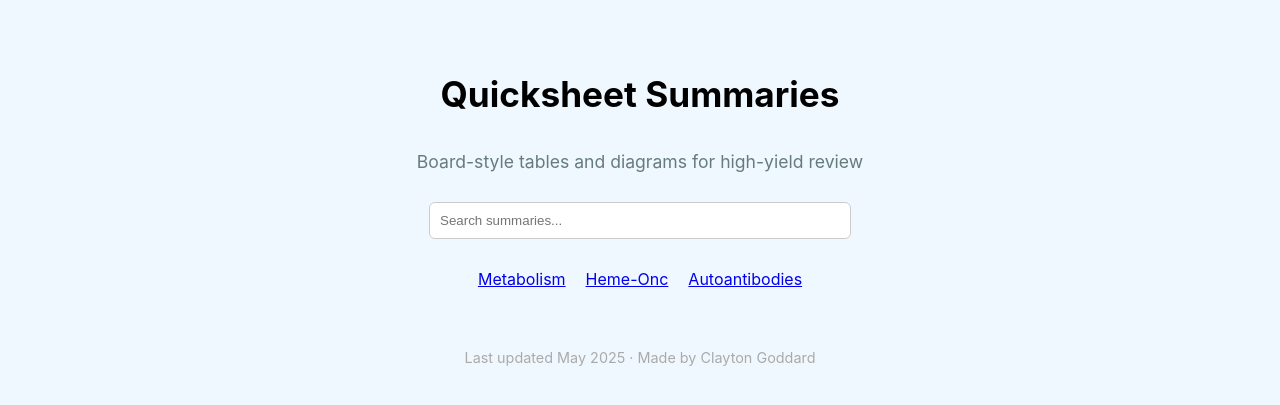
Repository: sharperdragon/STEVEL-1-Summaries
Page: index.html
The author's editor kept a copy of each file at every save. The page is drawn from the files as they stood at one save, then again after a run of saves.
The browser window is 1280 px wide. The pictures show the whole page.

Above is the page before, as saved 2025-05-19 13:19:31.

### index.html
<!DOCTYPE html>
<html lang="en">
<head>
    <meta charset="UTF-8">
    <meta name="viewport" content="width=device-width, initial-scale=1.0">
    <title>Quicksheet Summaries</title>
    <link rel="stylesheet" href="/STEVEL-1-Summaries/static/style.css">
    <link rel="icon" href="/STEVEL-1-Summaries/subdex/metabolism.html">
</head>
<body>

<header style="text-align: center; margin-top: 40px;">
  <h1 style="font-size: 2.2em; color: var(--text-h1);">Quicksheet Summaries</h1>
  <p style="color: #657c7b; font-size: 1.1em;">Board-style tables and diagrams for high-yield review</p>
</header>
<div style="text-align: center; margin-top: 30px;">
  <input type="text" id="searchInput" placeholder="Search summaries..." onkeyup="filterCards()" style="padding: 10px; width: 60%; max-width: 400px; border: 1px solid #ccc; border-radius: 6px;">
</div>
<section style="display: flex; flex-wrap: wrap; justify-content: center; margin-top: 30px; gap: 20px;">
  <a href="subdex/metabolism.html" class="summary-card">Metabolism</a>
  <a href="subdex/hemeonc.html" class="summary-card">Heme-Onc</a>
  <a href="subdex/autoantibodies.html" class="summary-card">Autoantibodies</a>
</section>


</body>

<footer style="text-align: center; margin-top: 60px; font-size: 0.9em; color: #aaa;">
  Last updated May 2025 · Made by Clayton Goddard
</footer>

### static/style.css
:root {
  --header-bg: #d0e5f5;
  --subheader-bg: #f7f9fa;
  --border-color: #ccd9e0;
  --strong-divider: #6c8ca3;
  --row-alt-bg: #fbfcfd;
  --text-color: #2a2a2a;
  --font: "Helvetica Neue", Helvetica, Arial, sans-serif;
  --base-font-size: 15px;
  --header-font-size: 18px;
}
body {max-width: 100vw;}

.autoantibody-table {
  max-width: 94vw;
  border-collapse: collapse;
  font-family: var(--font);
  color: var(--text-color);
  font-size: var(--base-font-size);
  border: 1px solid var(--border-color);
  border-radius: 10px;
  overflow: hidden;
  margin: 1vh 3vw 1vh 3vw;
  box-shadow: 0 2px 4px rgba(0, 0, 0, 0.04);
}

.autoantibody-table th,
.autoantibody-table td {
  padding: 10px 14px;
  border: 1px solid var(--border-color);
  vertical-align: top;
  text-align: left;
}

/* Header styling */
.autoantibody-table thead th {
  background-color: var(--header-bg);
  font-size: var(--header-font-size);
  font-weight: 600;
  text-align: center;
}

/* Alternate row background */
.autoantibody-table tbody tr:nth-child(even) {
  background-color: var(--row-alt-bg);
}

/* Strong divider between antibody (col 2) and condition (col 3) */
.autoantibody-table td:nth-child(2) {
  border-right: 3px solid var(--strong-divider);
}

/* Condition columns emphasis */
.autoantibody-table td:nth-child(1),
.autoantibody-table td:nth-child(3) {
  font-weight: 500;
  width: 20%;
}

/* Antibody columns can expand more */
.autoantibody-table td:nth-child(2),
.autoantibody-table td:nth-child(4) {
  width: 30%;
}

/* Bullet list formatting */
.autoantibody-table ul {
  margin: 0;
  padding-left: 18px;
}

.autoantibody-table li {
  margin: 2px 0;
}

/* Responsive font scaling — enlarged */
@media (max-width: 1024px) {
  :root {
    --base-font-size: 15px;
    --header-font-size: 17px;
  }
}

@media (max-width: 768px) {
  :root {
    --base-font-size: 14px;
    --header-font-size: 16px;
  }
}

@media (max-width: 480px) {
  :root {
    --base-font-size: 13px;
    --header-font-size: 15px;
  }
}
body {
    font-family: "Rubik", -apple-system, system-ui, BlinkMacSystemFont, Segoe UI, Roboto, Helvetica, Arial, sans-serif;
    margin: 20px;
    padding: 1px;
    max-width: -webkit-fill-available;
    background-color: aliceblue;
}

.container {
    max-width: 98vw;
    margin: 3% auto;
    padding: 2%;
    background: #ffffff;
    border-radius: 8px;
    box-shadow: 0 4px 6px rgba(0, 0, 0, 0.1);
    display: flex;
    flex-direction: column; /* Stacks items vertically */
    align-items: unset; /* Centers items horizontally */
    gap: 3px; /* Adds consistent spacing */
}

h1 {
    text-align: center;
    color: #333333;
    padding: 1%;
}

label {
    font-weight: bold;
    margin: 0;
    display: block;
    padding: 1px;
}

textarea {
    width: 95%;
    margin-bottom: 10px;
    min-height:150px;
    padding: 10px;
    border: 1px solid #ddd;
    border-radius: 8px;
    padding: 1%;
    max-width: -webkit-fill-available;
}

/* Fix all divs to maintain consistent height */
div {
    position: relative; /* Prevents hover effects from changing layout */

}

/* Button Styles */
button {
    background-color: #007bff;
    display: inline-flex;
    gap: 10px;
    color: white;
    border: none;
    padding: 10px 15px;
    border-radius: 15px;
    cursor: pointer;
    font-size: 105%;
    box-shadow: 0 5px 10px rgba(0, 0, 0, 0.2);
    transition: transform 0.2s ease, box-shadow 0.2s ease;
    position: relative; /* Lock button in place */
    box-sizing: border-box; /* Ensure padding and border don't affect size */
    z-index: 1; /* Ensure hover effects stay above other elements */
    margin: 10px;
}

/* Hover effect without shifting elements */
button:hover {
    background-color: #0c66c6;
    color: offwhite;
    box-shadow: 0 8px 12px rgba(0, 0, 0, 0.3);
    transform: translateY(2px); /* Hover effect without affecting layout */
}

div#selection_buttons {
    display: flex;
    justify-content: space-between;
    align-items: center;
    width: 95%;
    margin: 0 0 1px 0;
    margin-top: 4px;
}

#mode_section {
    position: absolute;  /* Fixed positioning */
    top: 2px;
    right: 4px;
    width: 75px;         /* 🔒 Lock width */
    height: 20px;         /* 🔒 Lock height */
    background-color: #f9fbff;
    border: 2px solid #cee1fe;
    border-radius: 8px;
    padding: 4px 7px;
    font-size: 95%;
    opacity: 0.6;
    transition: background-color 0.3s ease, opacity 0.3s ease;
    display: flex;
    align-items: center;
    justify-content: center;
    z-index: 200;
}

#mode_section:hover {
    opacity: 1;
    background-color: #e8f0ff;
    border-top-left-radius:0px;
    border-bottom-left-radius:0px;
    border-left: none;
}

#mode_section span {
    font-weight: bold;
    pointer-events: none; /* So only the container triggers hover */
}
/* Hide the options by default */
.options_container {
    display: none;
    position: absolute;
    top: -2px;  /* below the #mode_section */
    right: 89px;
    /* background-color: white; */
    box-shadow: 0 6px 10px rgba(0, 0, 0, 0.1);
    padding: 0px;
    border-radius: 8px;
    z-index: 300;
    flex-direction: column;
    gap: 0;
    object-fit:contain;
    /* min-width: 120px; */
}

/* Reveal on hover without affecting layout */
#mode_section:hover .options_container {
    display: flex;
    border-top-right-radius:0px;
    border: 1px solid #d0e3ff;
    overflow:hidden;
}

.field_option {
    position: relative;
    overflow: hidden;
    cursor: pointer;
    font-size: 16px;
    transition: background-color 0.2s ease, transform 0.1s ease;
    background-color: #ffffff;
    padding: 10px 14px;
    border-radius: 0px;
    box-shadow: 0 -px 8px rgba(0, 0, 0, 0.1);
    margin: 0.2px 0;
    width: 60px;
    overflow:hidden;
}

.field_option:hover {
    background-color: #e0ecff;
    overflow:hidden;
}

.field_option:active {
    background-color: #d0dcf5;
    transform: scale(0.96);
    overflow:hidden;
}

.selected_field_option {
    background-color: #b9cdf9 !important;
    color: #003366;
    font-weight: bold;
}




/* Container for question list */
div#question_list {
    display: flex;
    flex-wrap: wrap; /* Allow wrapping of items to next row */
    gap: 10px; /* Space between items */
    overflow-x: auto; /* Enable horizontal scrolling */
    overflow-y: hidden; /* Disable vertical overflow */
    width: 95%;
    padding: 10px;
    box-sizing: border-box;
    border: 1px solid #b7d7fa;
    border-radius: 10px;
    min-height: 100px; /* Set a fixed height */
    max-height:60vh;
    overflow:auto;
}

/* Styling for each individual label (checkbox item) */
#question_list label {
    display: flex;
    align-items: center;
    justify-content: flex-start;
    box-sizing: border-box;
    padding: 1px 2px;
    background-color: #f9f9f9;
    border: 1px solid #ddd;
    border-radius: 5px;
    cursor: pointer;
    width: fit-content; /* 10 questions per row, adjust the width accordingly */
    min-width: 230px;
    word-wrap: normal; /* Break long words if necessary */
    max-height: 38px;
    padding: 8px 2px;
}
#question_list label span.id {
    padding-right:4px;
}

/* Ensures the checkboxes and text are aligned correctly */
#question_list input[type="checkbox"] {
    margin-right: 10px; /* Space between checkbox and text */
}

/* Styling for the question number */
.number {
    margin-right: 8px; /* Adjust the space between the number and ID */
}

.id {
    opacity: 0.7; /* Maintain the desired opacity for the question ID */
}

#copy_button {
    margin-left: auto;
}


/* Updated history section */
div#history_section {
    display: flex;
    gap: 10px;
    align-items: flex-start;
    margin-bottom: 10px;
}

div#history_section > div {
    flex: 1;
}

div#history_section > div > label {
    margin: 0;
}

div#history_section > div > select {
    width: 100%;
}

#history_select {
    padding: 8px;
    font-size: 100%;
    border-radius: 8px;
    border: 1px solid #ddd;
    background-color: #fff;
    box-shadow: 0 2px 4px rgba(0,0,0,0.05);
    transition: border-color 0.3s ease, box-shadow 0.3s ease;
}

#history_select:focus {
    border-color: #007bff;
    outline: none;
    box-shadow: 0 0 5px rgba(0,123,255,0.5);
}

.input-history-wrapper {
    display: flex;
    flex-direction: column;
    gap: 8px;
    margin-bottom: 12px;
}

.sticky-history {
    position: static;
    z-index: auto;
    background-color: white;
    padding-top: 4px;
    padding-bottom: 8px;
}

.history-feedback {
    position: relative;
    right: 0;
    top: -10px;
    font-size: 14px;
    color: green;
    animation: floatUpFade 0.7s ease forwards;
    pointer-events: none;
    user-select: none;
    z-index: 1000;
    white-space: nowrap;
}

/* Subtle button press animation */
button:active {
    transform: translateY(1px);
    box-shadow: 0 3px 6px rgba(0, 0, 0, 0.2);
}

/* Make Clear History button a bit smaller and softer */
#clear_history_button {
    background: linear-gradient(to bottom, #ffffff, #f0f0f5);
    color: #007aff;
    border: 1px solid #d1d1d6;
    border-radius: 12px;
    font-weight: 500;
    font-size: 90%;
    padding: 6px 10px;
    cursor: pointer;
    transition: background 0.3s ease, transform 0.2s ease;
    margin-left: 5px;
    margin-top: 5px;
}

#clear_history_button:hover {
    background: #e5e5ea;
}

.ripple {
    position: relative;
    width: 10px;
    height: 10px;
    background: rgba(0, 123, 255, 0.4);
    opacity: 1;
    border-radius: 50%;
    transform: scale(0);
    animation: ripple-animation 0.6s linear;
    pointer-events: none;
    z-index: 0;
}

@keyframes ripple-animation {
    to {
        transform: scale(15);
        opacity: 0;
    }
}

.nav-link {
  margin: 0 10px;
  padding: 8px 12px;
  background-color: #d0e5f5;
  text-decoration: none;
  color: #333;
  border-radius: 6px;
  font-weight: 500;
}
.nav-link:hover {
  background-color: #add8e6;
}
.hidden-answer {
  background-color: #f4f4f4;
  color: transparent;
  cursor: pointer;
  user-select: none;
}
.hidden-answer:hover {
  background-color: #e0e0e0;
  color: #ccc;
}

After the next 2 saves:
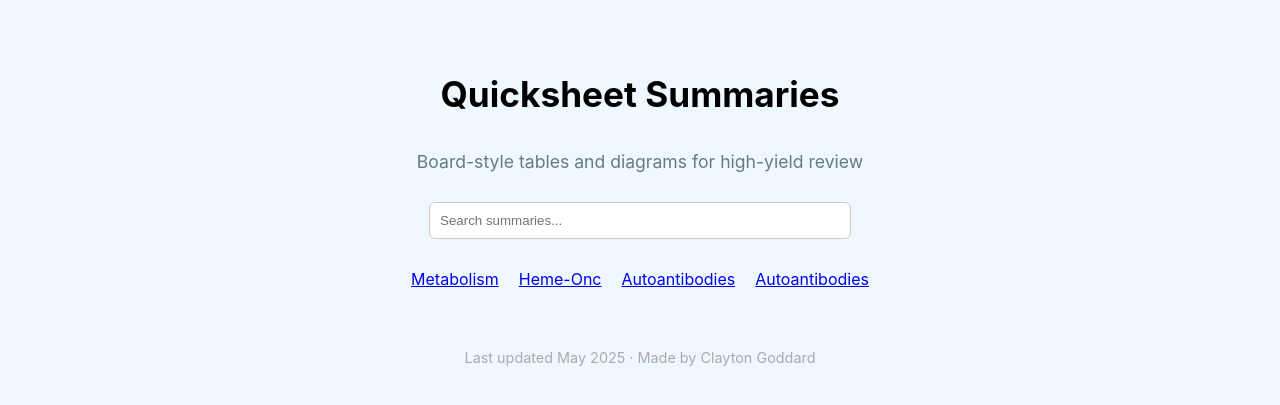
The 2 saves are shown as one change because they came seconds apart.
The last was saved 25 s later.
--- a/index.html
+++ b/index.html
@@ -20,6 +20,7 @@
   <a href="subdex/metabolism.html" class="summary-card">Metabolism</a>
   <a href="subdex/hemeonc.html" class="summary-card">Heme-Onc</a>
   <a href="subdex/autoantibodies.html" class="summary-card">Autoantibodies</a>
+  <a href="subdex/autoantibodies.html" class="summary-card">Autoantibodies</a>
 </section>
 
 
